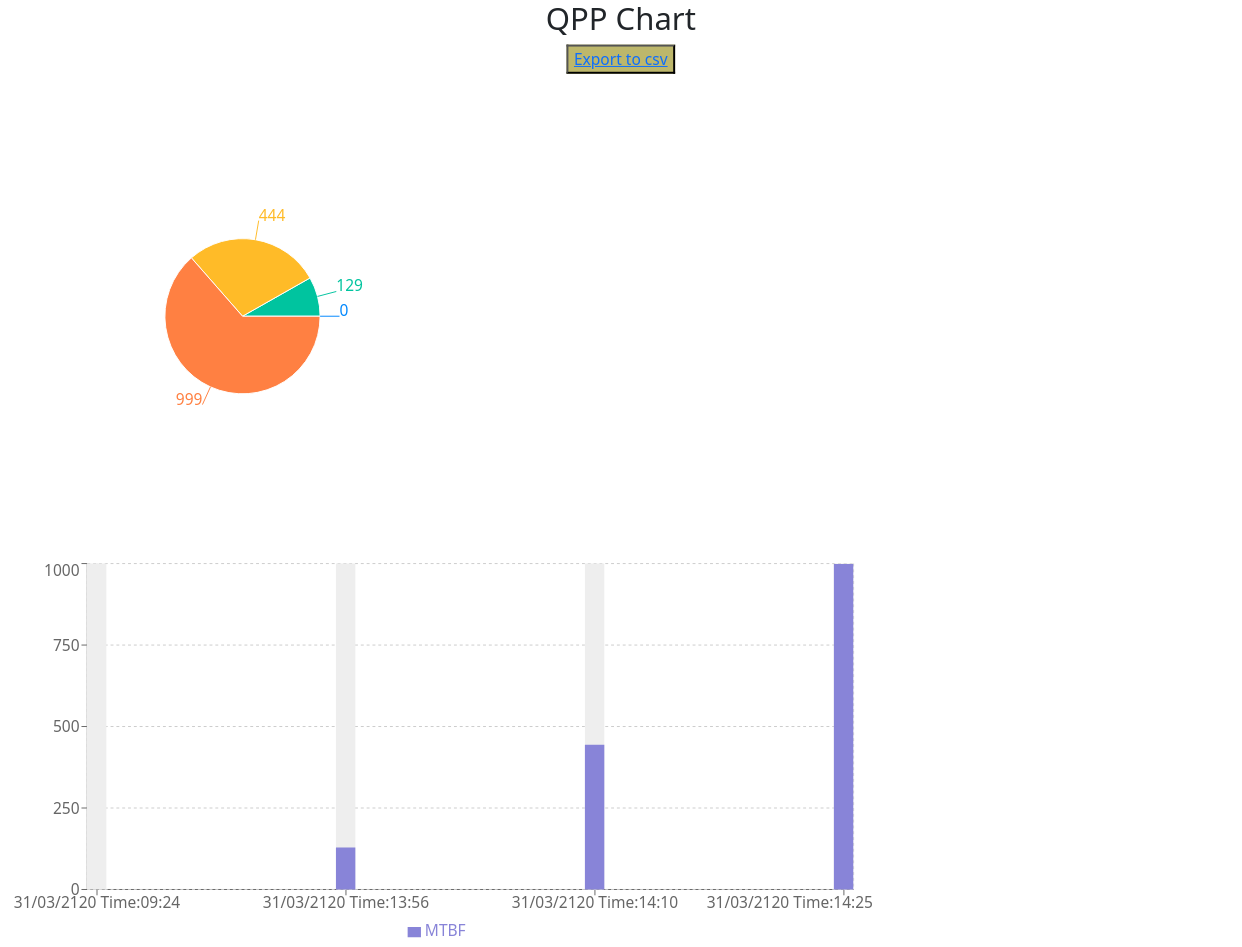
Repository: exiled-kal/ReactChartPrac
Page: /
The author's editor kept a copy of each file at every save. The page is drawn from the files as they stood at one save, then again after the next save.
The browser window is 1280 px wide. The pictures show the whole page, at 97% of full size.
The project was rebuilt for these pictures with package versions that can differ from the ones it lists, and the page was loaded fresh each time.

Above is the page before, as saved 2021-04-18 19:56:17.

### src/App.js
import './App.css';
import {CSVLink} from 'react-csv';

import {
  PieChart,
  Pie,
  Tooltip,
  BarChart,
  Bar,
  XAxis,
  YAxis,
  CartesianGrid,
  Legend,
  Cell,
} from 'recharts';

const data = [
  {
    StartDateTime: '31/03/2120 Time:09:24',
    SystemUpTime: 6,
    OperationTime: 0,
    DownTime: 0,
    IdleTime: 0,
    MTBF: 0,
    MTBA: 0,
    TotalQuantityIn: 0,
    TotalQuantityOut: 0,
    TotalPassed: 0,
    TotalFailed: 0,
    TotalYield: 0,
    SoftJam: 0,
    HardJam: 0,
    SprintUPH: 514,
  },
  {
    LotID: 'QPP_Test',
    ProductType: 'RB',
    StartDateTime: '31/03/2120 Time:13:56',
    SystemUpTime: 499,
    OperationTime: 129,
    DownTime: 0,
    IdleTime: 364,
    MTBF: 129,
    MTBA: 129,
    TotalQuantityIn: 33,
    TotalQuantityOut: 12,
    TotalPassed: 2,
    TotalFailed: 10,
    TotalYield: 16,
    SoftJam: 0,
    HardJam: 0,
    SprintUPH: 514,
  },
  {
    LotID: 'QPP_Test',
    ProductType: 'RB',
    StartDateTime: '31/03/2120 Time:14:10',
    SystemUpTime: 1481,
    OperationTime: 444,
    DownTime: 0,
    IdleTime: 1028,
    MTBF: 444,
    MTBA: 444,
    TotalQuantityIn: 33,
    TotalQuantityOut: 28,
    TotalPassed: 4,
    TotalFailed: 24,
    TotalYield: 14,
    SoftJam: 0,
    HardJam: 0,
    SprintUPH: 514,
  },
  {
    LotID: 'QPP_Test',
    ProductType: 'RB',
    StartDateTime: '31/03/2120 Time:14:25',
    SystemUpTime: 2680,
    OperationTime: 999,
    DownTime: 0,
    IdleTime: 1581,
    MTBF: 999,
    MTBA: 999,
    TotalQuantityIn: 33,
    TotalQuantityOut: 170,
    TotalPassed: 61,
    TotalFailed: 109,
    TotalYield: 35,
    SoftJam: 0,
    HardJam: 0,
    SprintUPH: 514,
  },
];

const COLORS = ['#0088FE', '#00C49F', '#FFBB28', '#FF8042', '#ff0000'];

const csvReport = {
  filename: './data/data.csv',
  data: data,
};

function App() {
  return (
    <div style={{textAlign: 'center'}}>
      <h2>QPP Chart</h2>
      <button className="csv__button">
        <CSVLink {...csvReport}>Export to csv</CSVLink>
      </button>
      <br />
      <div className="App">
        <PieChart width={500} height={500}>
          <h5>PieChart Of QPP</h5>
          <Pie
            dataKey="MTBF"
            isAnimationActive={true}
            data={data}
            cx="50%"
            cy="50%"
            outerRadius={80}
            fill="#8884d8"
            label="Start Date Time"
          >
            {data.map((entry, index) => (
              <Cell
                key={`cell-${index}`}
                fill={COLORS[index % COLORS.length]}
              />
            ))}
          </Pie>
          <Tooltip />
        </PieChart>
        <BarChart
          width={900}
          height={400}
          data={data}
          margin={{
            top: 5,
            right: 20,
            left: 30,
            bottom: 5,
          }}
          barSize={20}
        >
          <XAxis
            dataKey="StartDateTime"
            scale="point"
            padding={{left: 10, right: 10}}
          />

          <YAxis />
          <Tooltip />
          <Legend />
          <CartesianGrid strokeDasharray="3 3" />
          <Bar dataKey="MTBF" fill="#8884d8" background={{fill: '#eee'}} />
        </BarChart>
      </div>
    </div>
  );
}

export default App;

### src/App.css
.App {
  text-align: center;
  /* display: flex; */
  justify-content: space-around;
  align-items: center;
  background-color: #ffff;
}

.csv__button {
  background-color: darkkhaki;
  color: #ffff;
}

.csv__button:hover {
  color: darkkhaki;
  background-color: #ffff;
}

Loaded but not shown: public/index.html (common file); src/index.js (common file); src/index.css (common file); src/reportWebVitals.js (common file)

After the next save:
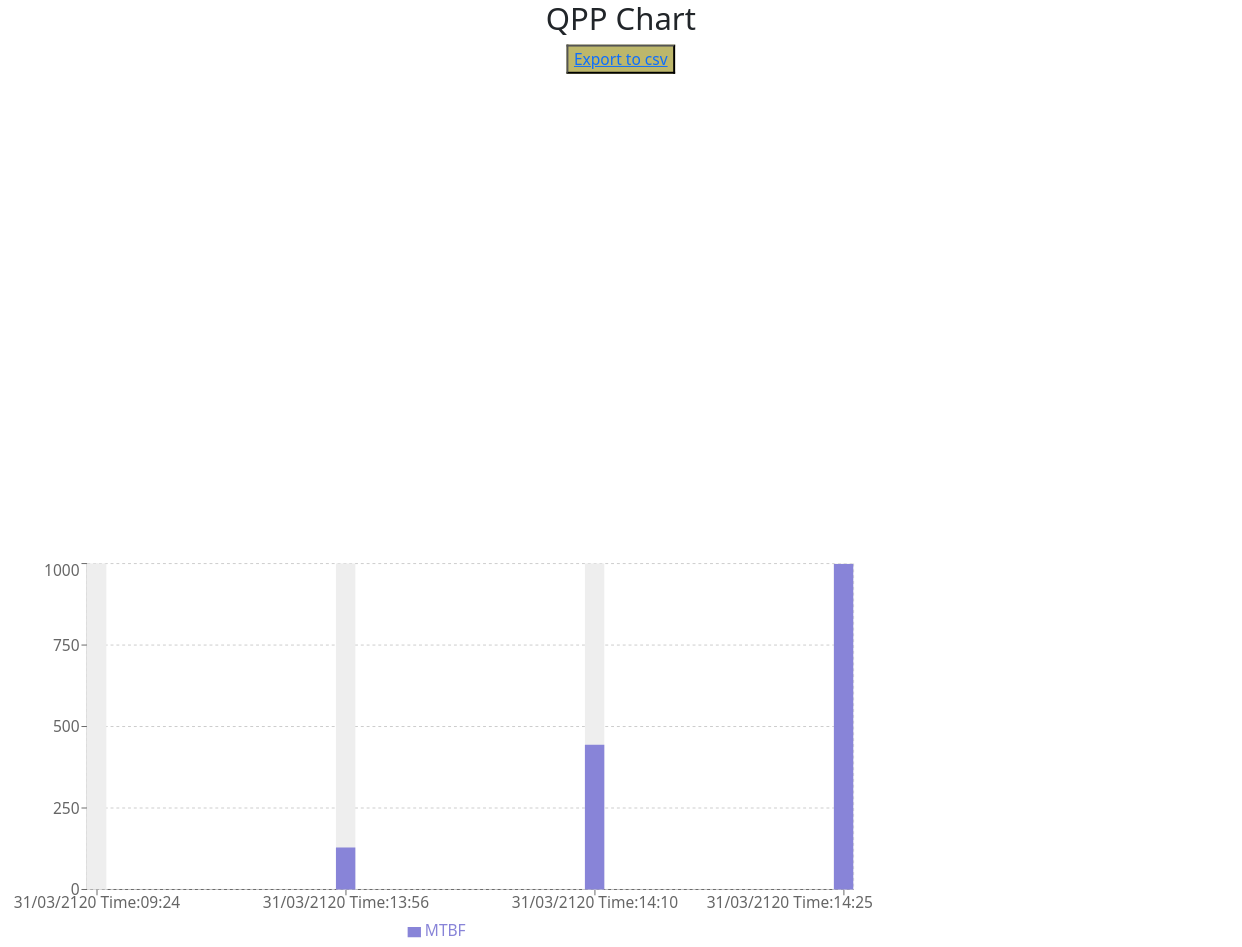
Saved 34 s later.
--- a/src/App.js
+++ b/src/App.js
@@ -110,7 +110,7 @@
         <PieChart width={500} height={500}>
           <h5>PieChart Of QPP</h5>
           <Pie
-            dataKey="MTBF"
+            dataKey="StartDateTime"
             isAnimationActive={true}
             data={data}
             cx="50%"

After the save that followed:
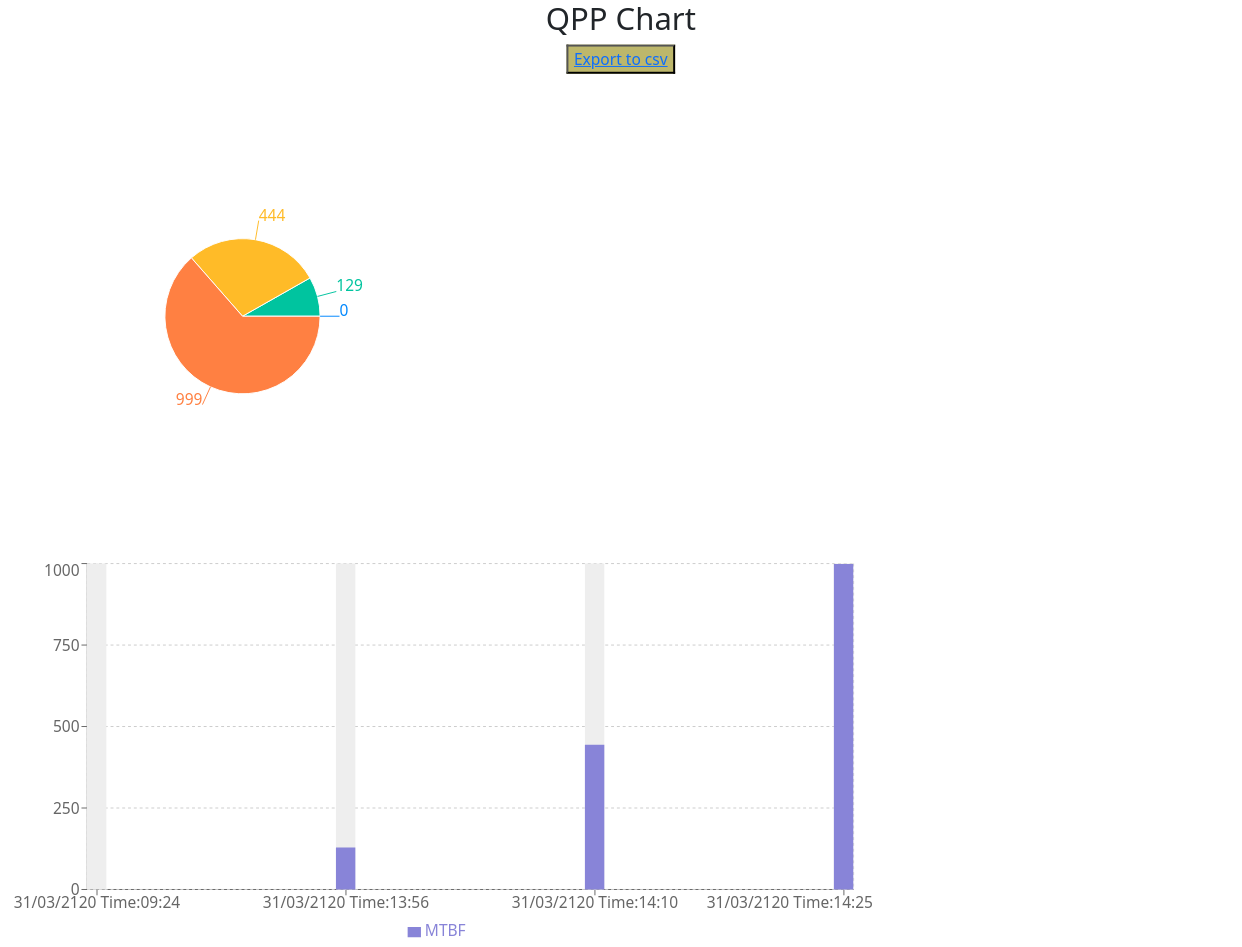
Saved 13 s later.
--- a/src/App.js
+++ b/src/App.js
@@ -110,7 +110,7 @@
         <PieChart width={500} height={500}>
           <h5>PieChart Of QPP</h5>
           <Pie
-            dataKey="StartDateTime"
+            dataKey="MTBF"
             isAnimationActive={true}
             data={data}
             cx="50%"
